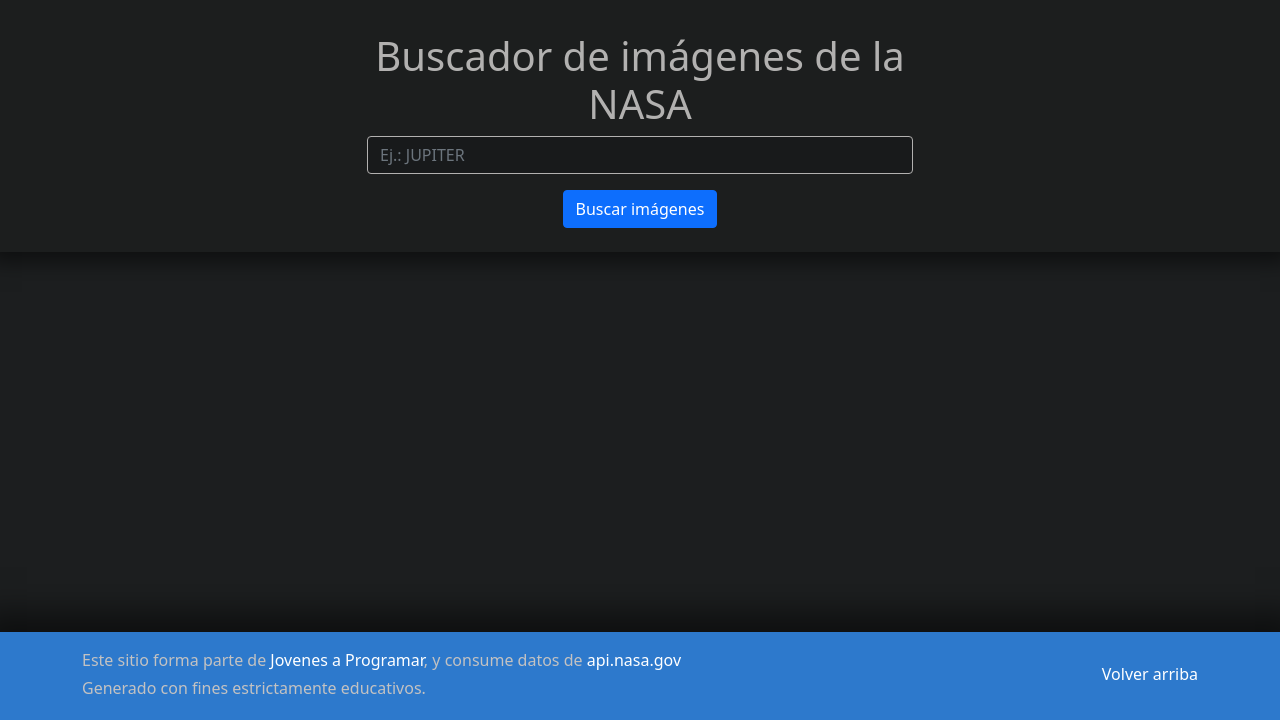
Repository: romancegirl/galaxies
Page: index.html
An editor plug-in stored every save of this project. The page is shown before and after the next save, followed by the edit.
The browser window is 1280 px wide. The pictures show the whole page.

Above is the page before, as saved 2024-11-18 23:41:58.

After the next save:
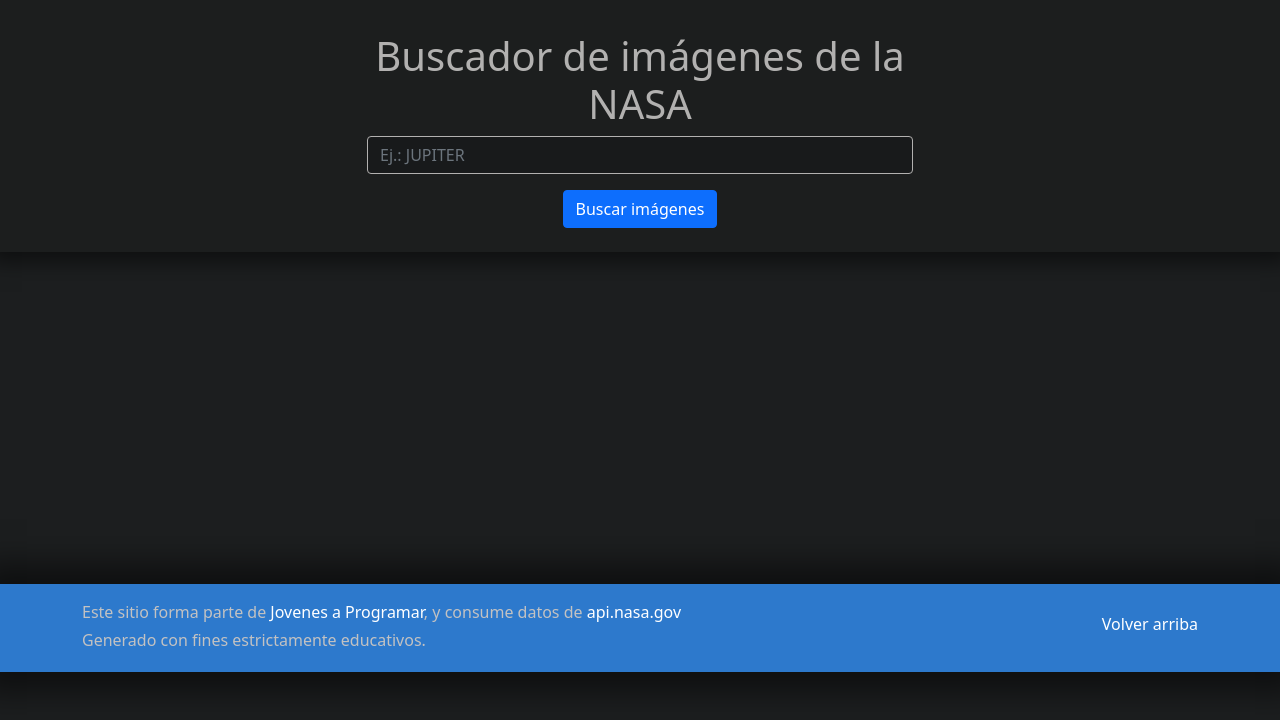
Saved 68 s later.
--- a/css/style.css
+++ b/css/style.css
@@ -1,10 +1,6 @@
-html, body {
+body {
     background-color: #1C1E1F;
     color: #B2B1B0;
-    height: 100%;
-    margin: 0;
-    display: flex;
-    flex-direction: column;
 }
 
 main {
@@ -122,7 +118,7 @@
 }
 
 footer .float-end {
-    transform: translateY(60%);
+    transform: translateY(50%);
 }
 
 

After the save that followed:
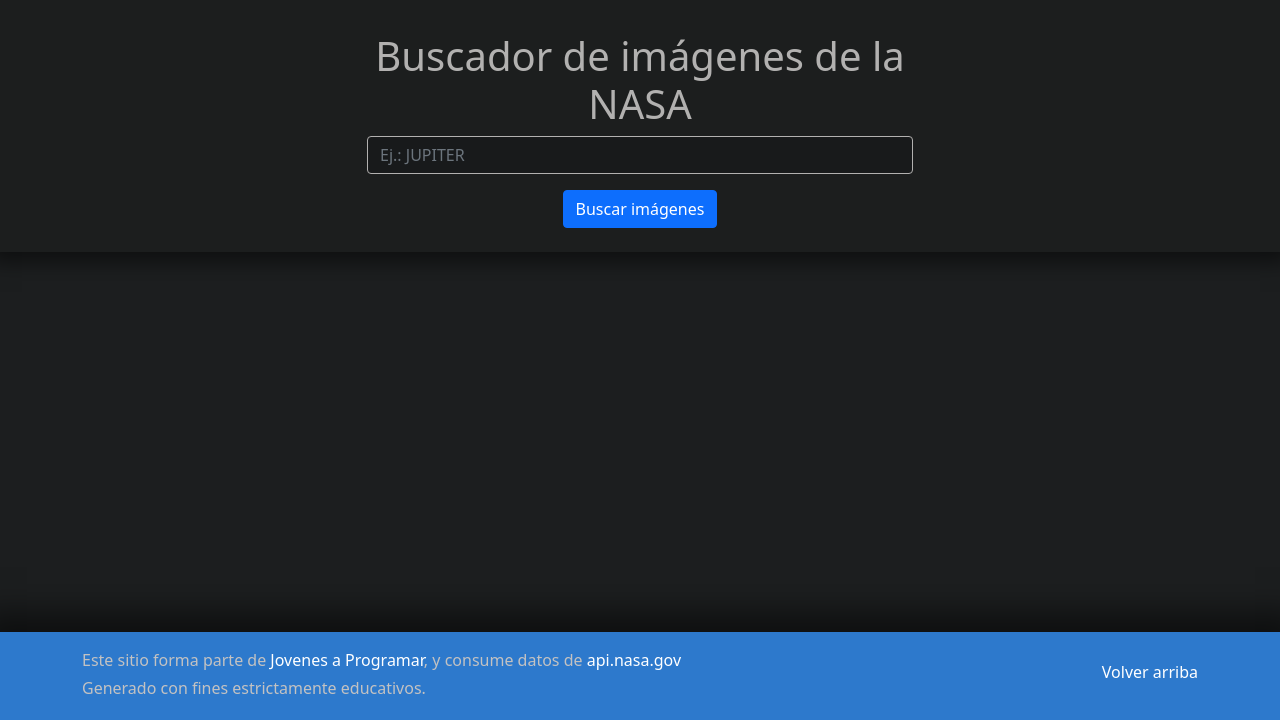
Saved 72 s later.
--- a/css/style.css
+++ b/css/style.css
@@ -1,6 +1,10 @@
-body {
+html, body {
     background-color: #1C1E1F;
     color: #B2B1B0;
+    height: 100%;
+    margin: 0;
+    display: flex;
+    flex-direction: column;
 }
 
 main {
